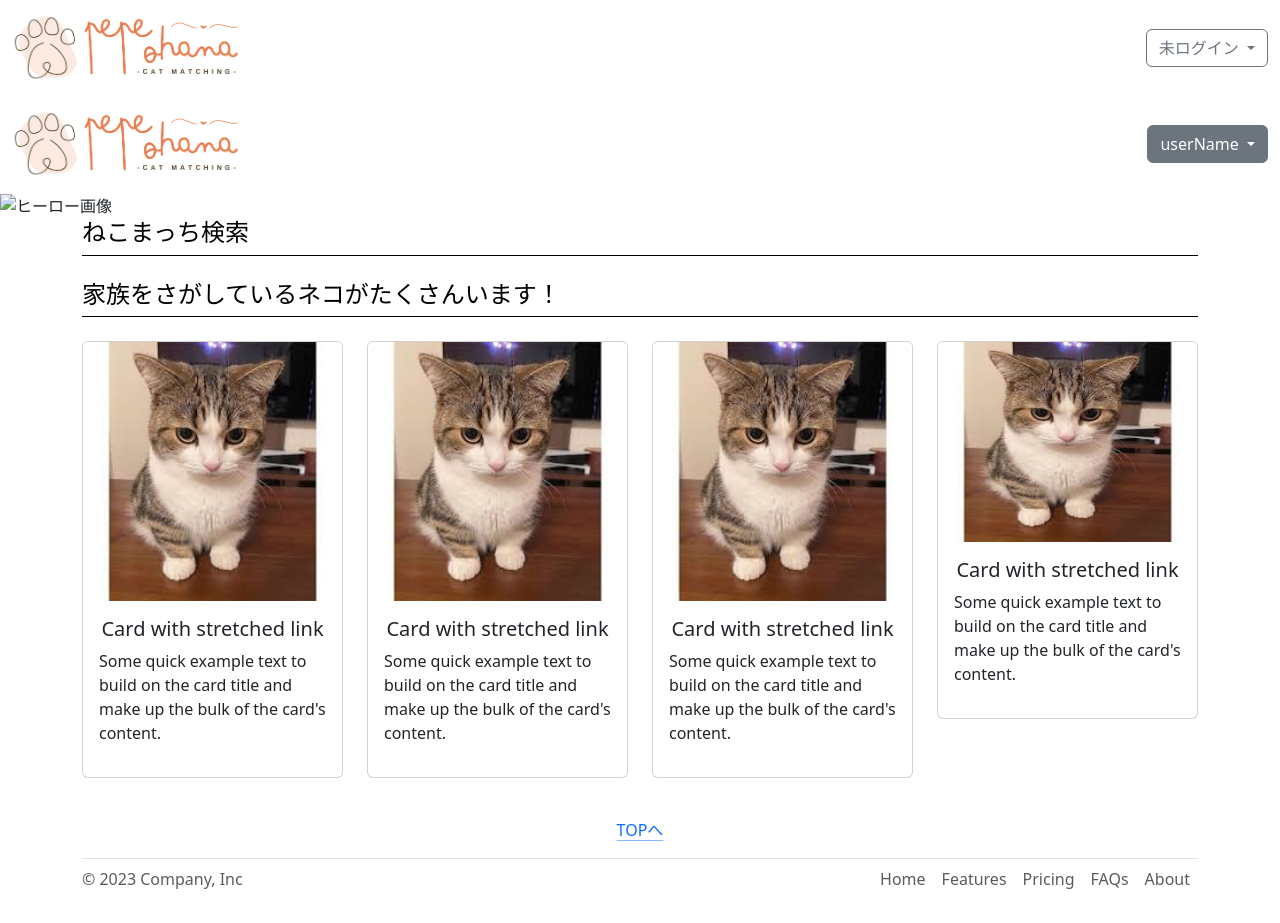
Repository: sakuwell/pepe
Page: http://localhost/PepeOhana/top.jsp
These files come from the project's save history. The page is drawn as it stood at one moment and after the next save; the edit follows.
The browser window is 1280 px wide. The pictures show the whole page.
The page is served by Tomcat 9.

Above is the page before, as saved 2023-09-05 02:24:48.

After the next save:
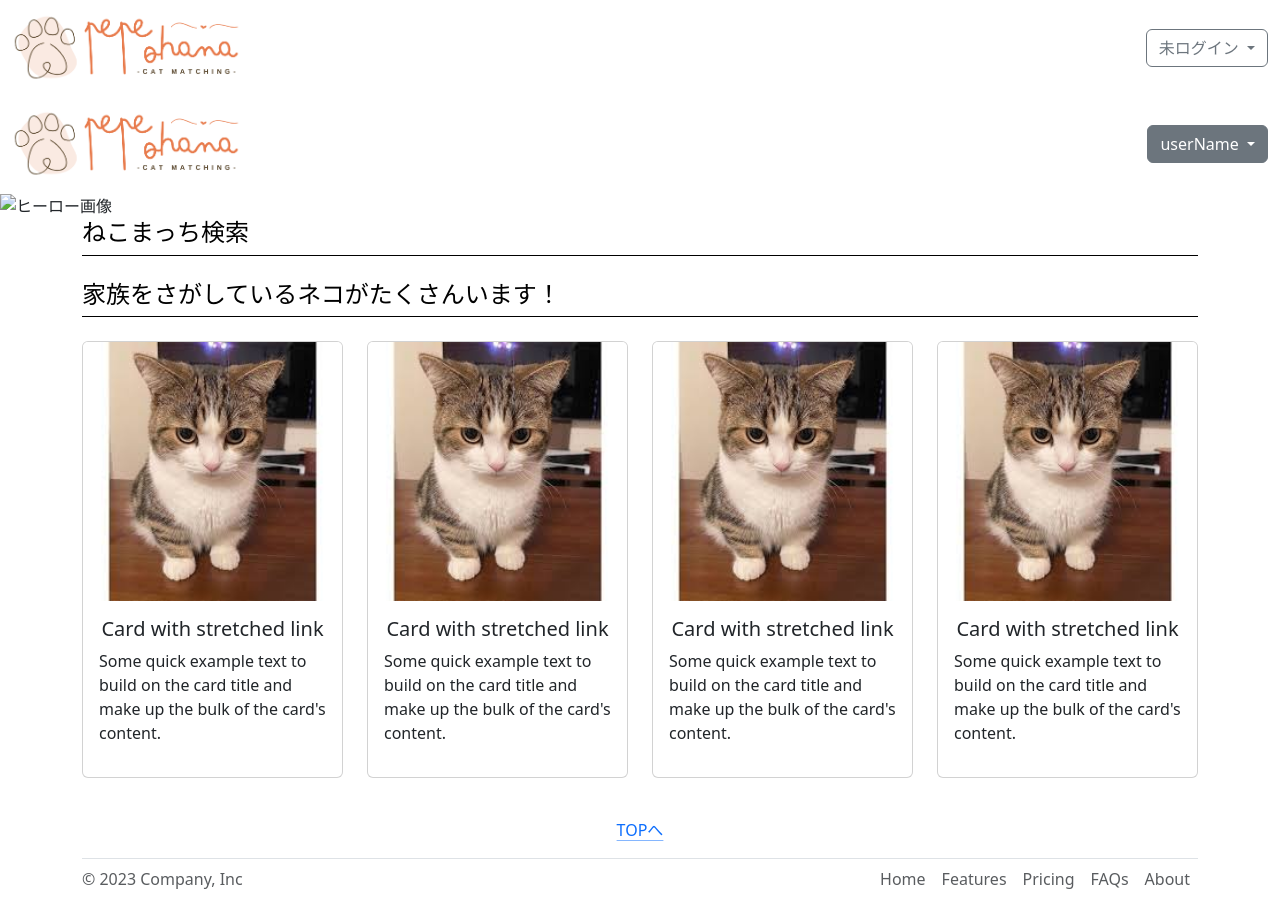
Saved 19 s later.
--- a/ExWorkSpace/PepeOhana/src/main/webapp/top.jsp
+++ b/ExWorkSpace/PepeOhana/src/main/webapp/top.jsp
@@ -108,7 +108,7 @@
                 <!-- カードのコンテンツ -->
                 <div class="col-6 col-md-4 col-lg-3">
                     <div class="card mb-3">
-                        <img src="images/ねこ_1.jpg" class="card-img-top" alt="猫画像" style="height:200px">
+                        <img src="images/ねこ_1.jpg" class="card-img-top" alt="猫画像" style="height:200px width:auto">
                         <div class="card-body">
                             <h5 class="card-title text-center">Card with stretched link</h5>
                             <p class="card-text text-right">Some quick example text to build on the card title and make up the bulk of the card's content.</p>

After the save that followed:
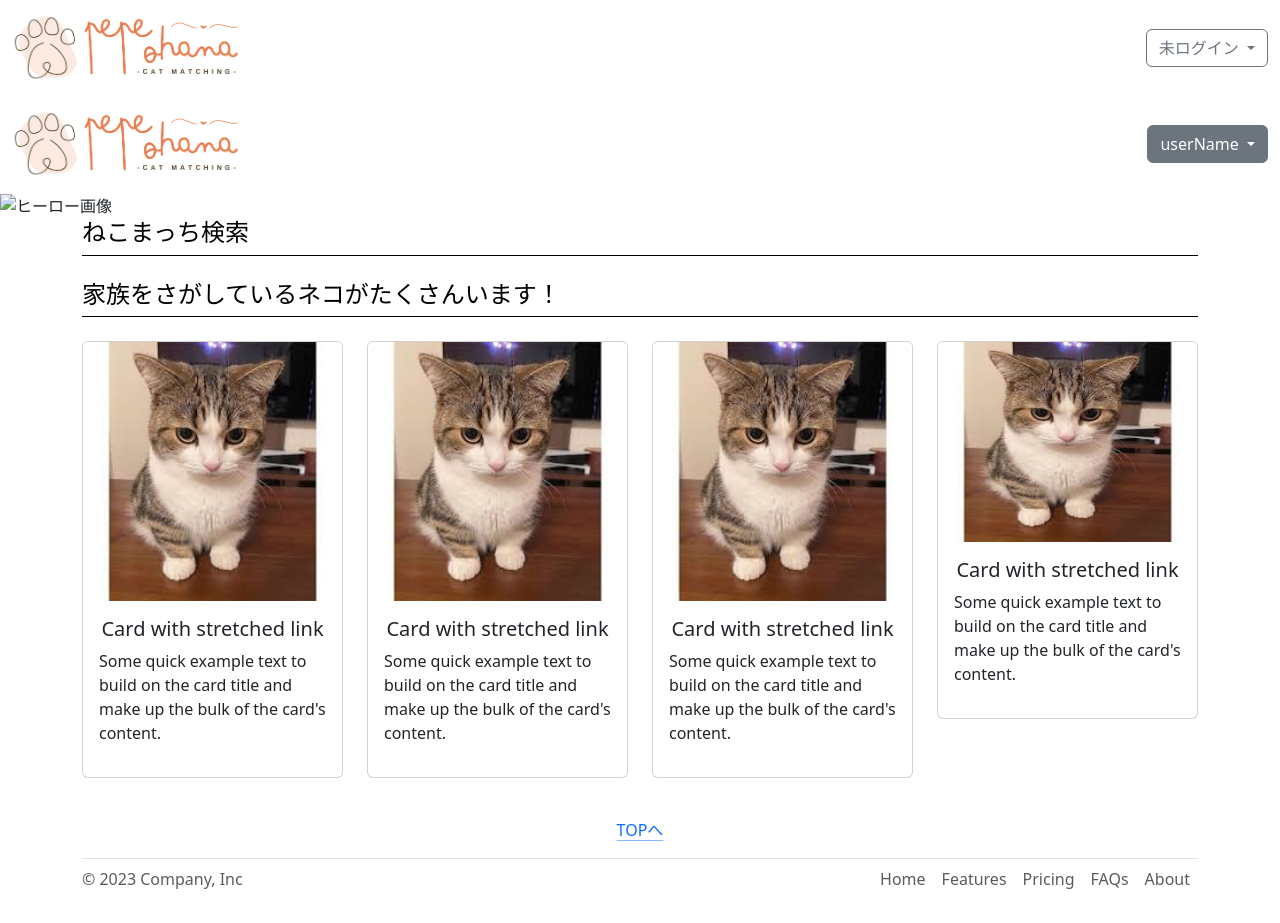
Saved 17 s later.
--- a/ExWorkSpace/PepeOhana/src/main/webapp/top.jsp
+++ b/ExWorkSpace/PepeOhana/src/main/webapp/top.jsp
@@ -108,7 +108,7 @@
                 <!-- カードのコンテンツ -->
                 <div class="col-6 col-md-4 col-lg-3">
                     <div class="card mb-3">
-                        <img src="images/ねこ_1.jpg" class="card-img-top" alt="猫画像" style="height:200px width:auto">
+                        <img src="images/ねこ_1.jpg" class="card-img-top" alt="猫画像" style="height:200px">
                         <div class="card-body">
                             <h5 class="card-title text-center">Card with stretched link</h5>
                             <p class="card-text text-right">Some quick example text to build on the card title and make up the bulk of the card's content.</p>
